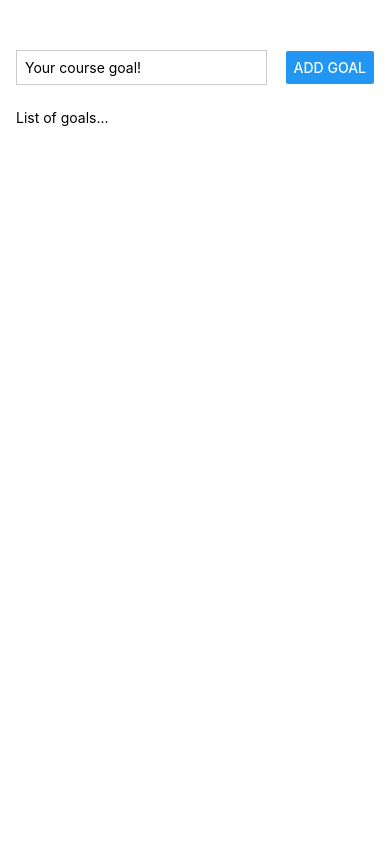
Repository: akinolapo/ToDoApp
Screen: /
An editor plug-in stored every save of this project. The screen is shown before and after a run of saves, followed by the edit.
The app was drawn by React Native's web renderer in a window 390 px wide. The project was rebuilt for these pictures with package versions that can differ from the ones it lists, and the page was loaded fresh each time.

Above is the screen before, as saved 2022-09-15 13:49:46.

After the next 6 saves:
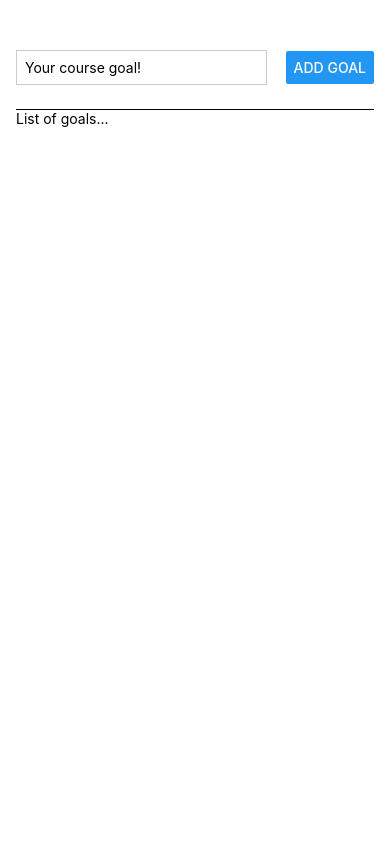
The 6 saves are shown as one change because 1 did not build or start and some came seconds apart.
The last was saved 28 s later.
--- a/App.js
+++ b/App.js
@@ -24,6 +24,7 @@ const styles = StyleSheet.create({
     justifyContent: 'space-between',
     alignItems: 'center',
     paddingBottom: 24,
+    borderBottomWidth: 1
   },
   textInput: {
     borderWidth: 1,
